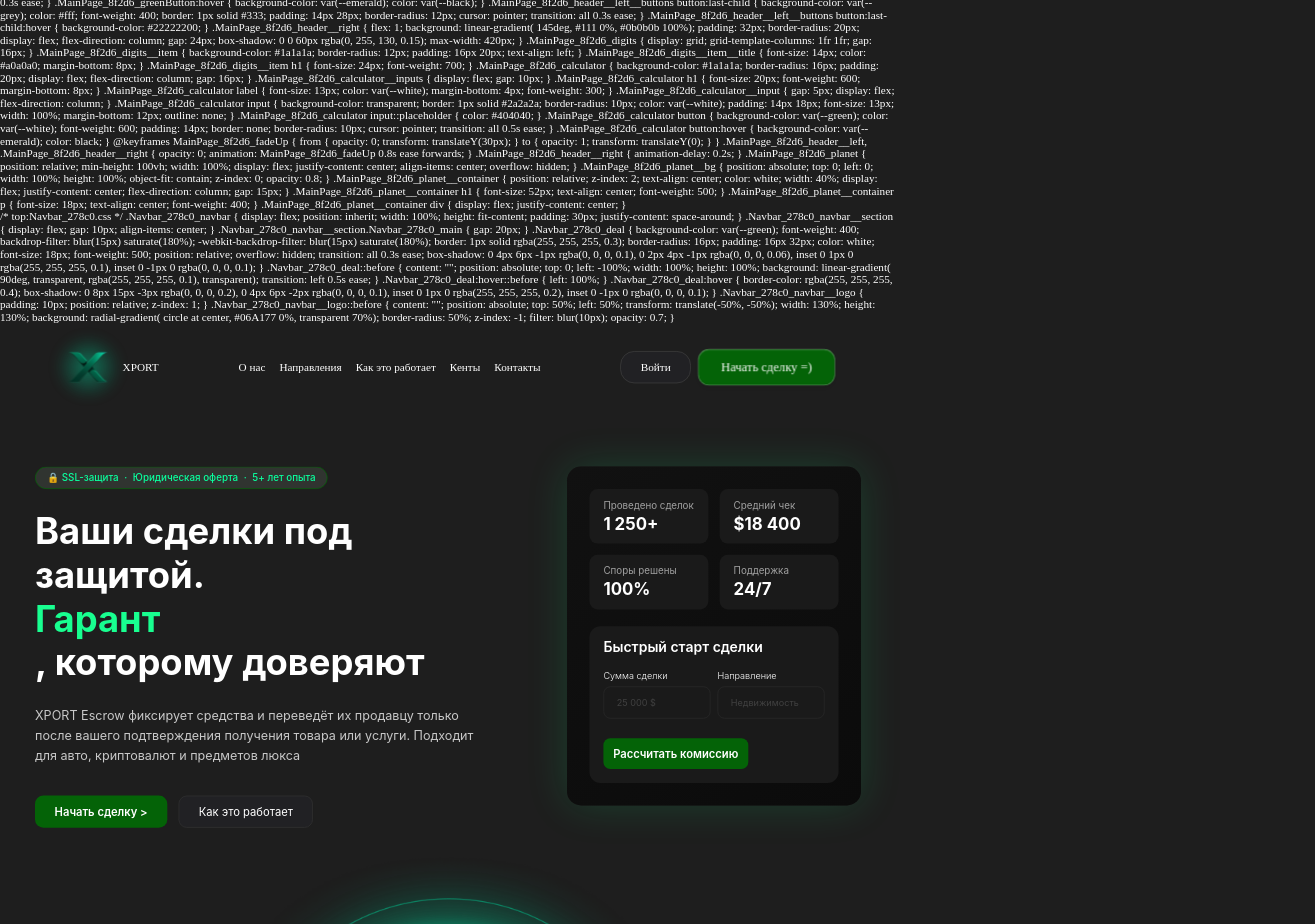
Repository: 1mpuryyyyy/x-port
Page: /x-port/
An editor plug-in stored every save of this project. The page is shown before and after a run of saves, followed by the edit.
The browser window is 1280 px wide. The page is 1879 px wide, so the pictures cover 1879 px, including what lies to the right of the window. The pictures show the part of the page from y = 1301 to 2621 px (the page is 3284 px tall), at 70% of full size.
The project was rebuilt for these pictures with package versions that can differ from the ones it lists, and the page was loaded fresh each time. Also part of the build but not shown: vite.config.js.

Above is the page before, as saved 2025-10-09 03:06:03.

After the next 3 saves:
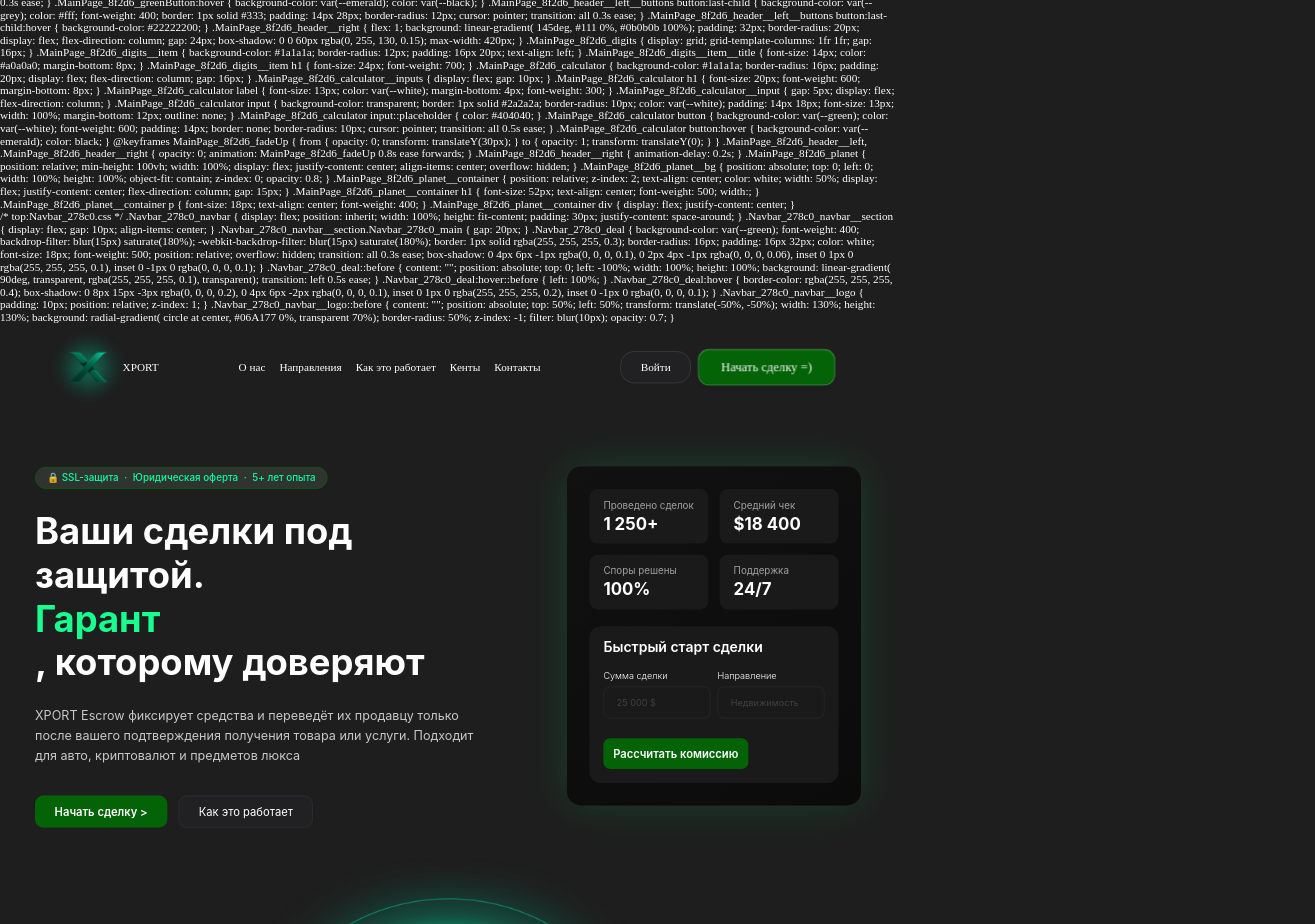
The 3 saves are shown as one change because they came seconds apart.
The last was saved 23 s later.
--- a/src/components/MainPage/MainPage.module.css
+++ b/src/components/MainPage/MainPage.module.css
@@ -253,7 +253,7 @@ section {
     z-index: 2;
     text-align: center;
     color: white;
-    width: 40%;
+    width: 50%;
     display: flex;
     justify-content: center;
     flex-direction: column;
@@ -264,6 +264,7 @@ section {
     font-size: 52px;
     text-align: center;
     font-weight: 500;
+    width: ;
 }
 
 .planet__container p {
